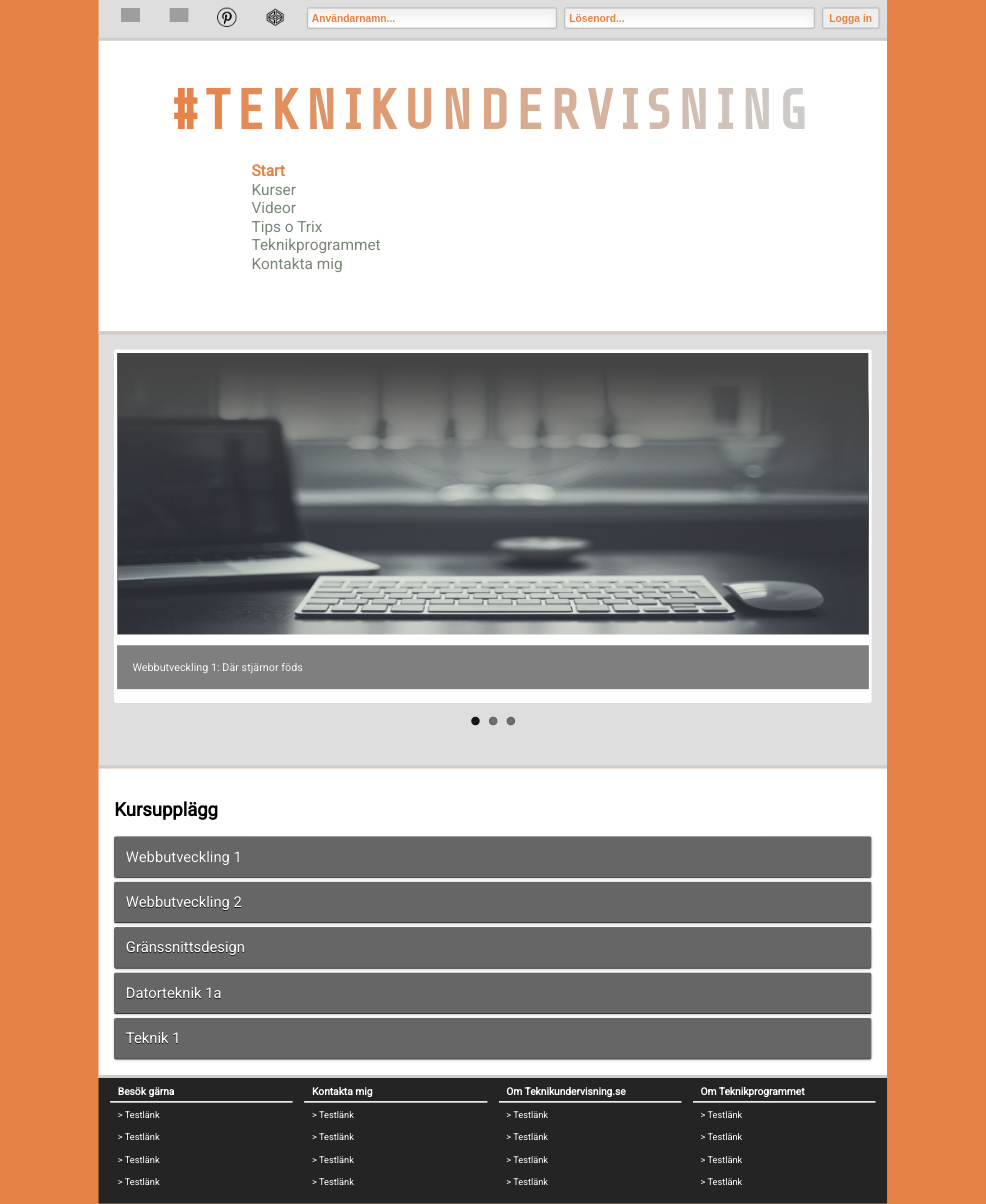
Repository: teknikundervisning/teknikundervisning
Page: index.html
The author's editor kept a record of every edit. The page is drawn from the files as they stood at one moment, then again after the next edit.
The browser window is 1280 px wide. The pictures show the whole page, at 77% of full size.
Pictures or frames that could not be fetched are drawn as grey boxes.

Above is the page before.
Console error: TypeError: $(...).lightGallery is not a function

After the next edit:
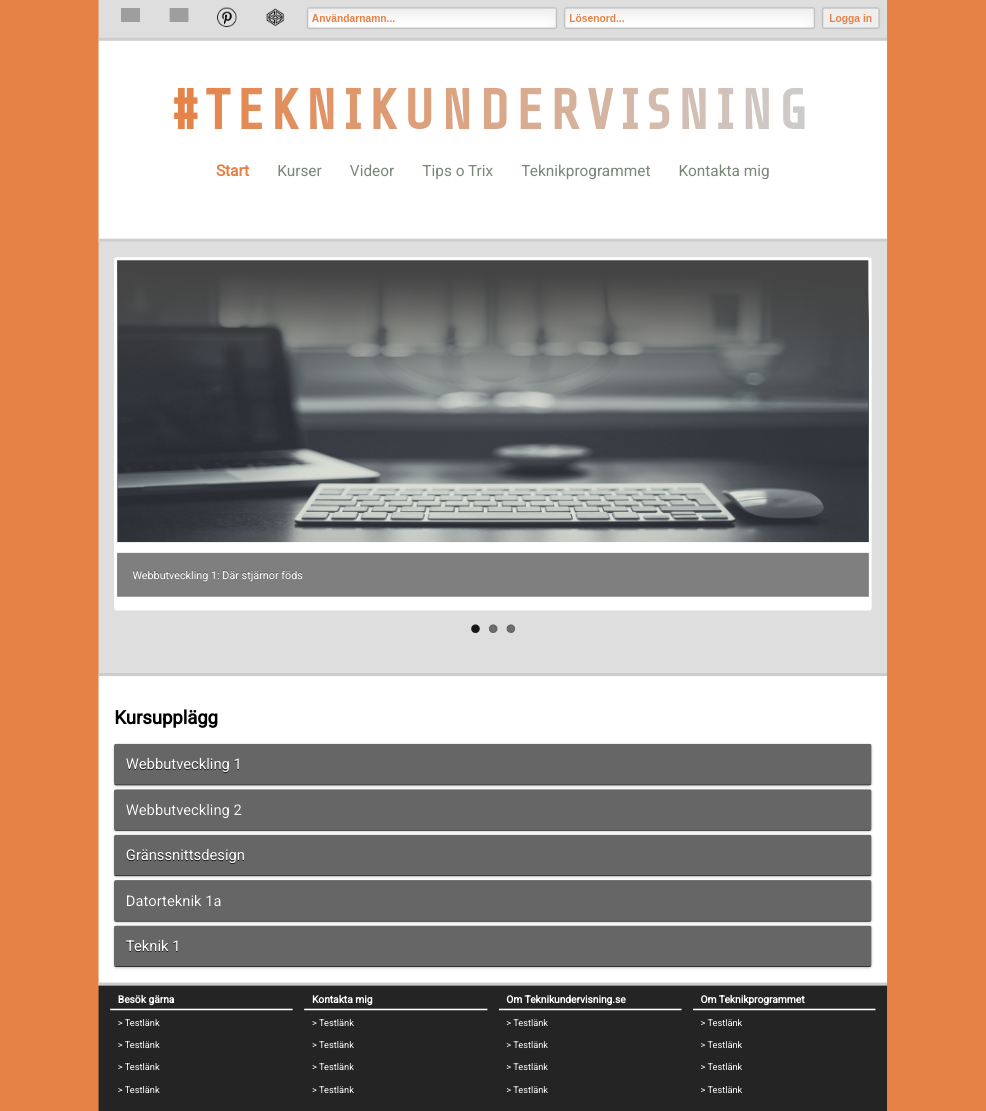
The edit:
--- a/assets/css/breakpoints.css
+++ b/assets/css/breakpoints.css
@@ -1,8 +1,8 @@
 @charset 'utf-8';
 
 @media all and (max-width: 1440px) {
-    .main-nav ul {
-        flex-flow: column wrap;
+    .main-nav {
+        width: 80%;
     }
 }
 
